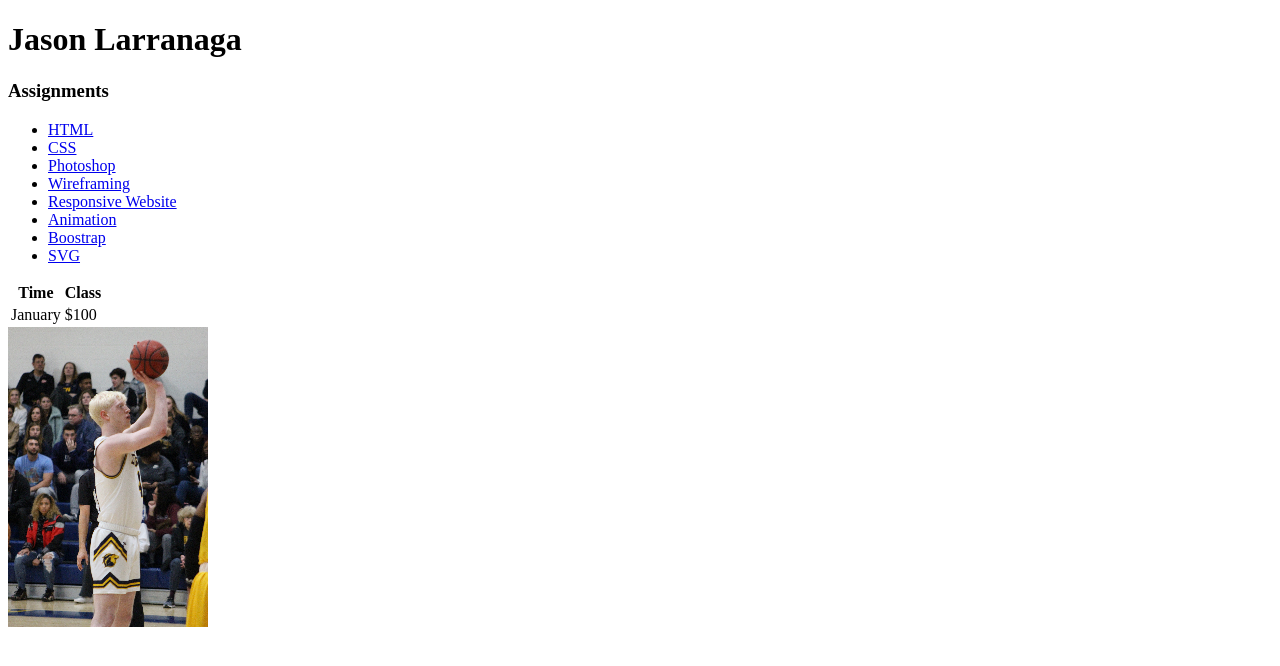
Repository: larranj1/my_website
Page: index.html
The author's editor kept a record of every edit. The page is drawn from the files as they stood at one moment, then again after the next edit.
The browser window is 1280 px wide. The pictures show the whole page.

Above is the page before.

### index.html
<!DOCTYPE html>
<h1> Jason Larranaga </h1>
<html>
    <head>

    </head>
    <body>

        <h3> Assignments </h3>
        <ul>
           <li> <a href = "assignments/html/index.html"> HTML </a> </li>
           <li> <a href = "assignments/css/index.html"> CSS </a> </li>
           <li> <a href = "assignments/photoshop/index.html"> Photoshop </a> </li>
           <li> <a href = "assignments/wireframing/index.html"> Wireframing </a> </li>
           <li> <a href = "assignments/responsive_website/index.html"> Responsive Website </a> </li>
           <li> <a href = "assignments/animation/index.html"> Animation </a> </li>
           <li> <a href = "assignments/boostrap/index.html"> Boostrap </a> </li>
           <li> <a href = "assignments/svg/index.html"> SVG </a> </li>
        </ul>

    <table>
  <tr>
    <th>Time</th>
    <th>Class</th>
  </tr>
  <tr>
    <td>January</td>
    <td>$100</td>
  </tr>
</table>

     <img src="me.jpg" alt="Me">
    </body>
</html>

After the next edit:
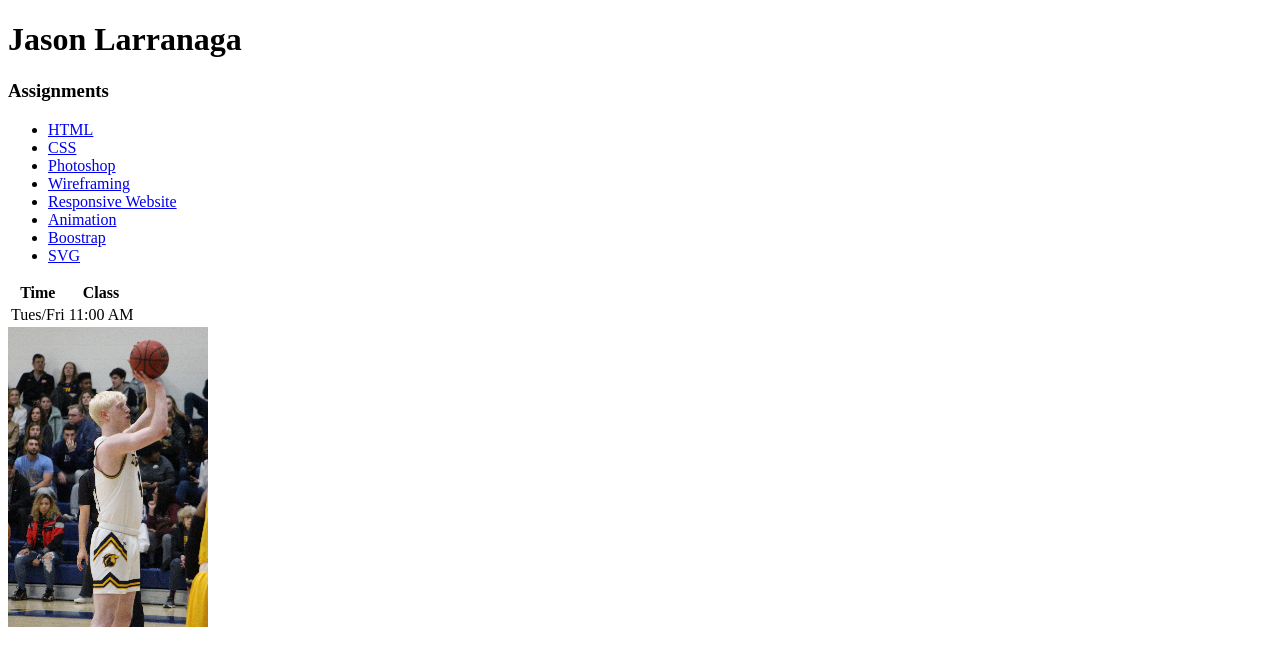
The edit:
--- a/index.html
+++ b/index.html
@@ -24,8 +24,8 @@
     <th>Class</th>
   </tr>
   <tr>
-    <td>January</td>
-    <td>$100</td>
+    <td> Tues/Fri </td>
+    <td> 11:00 AM </td>
   </tr>
 </table>
 
